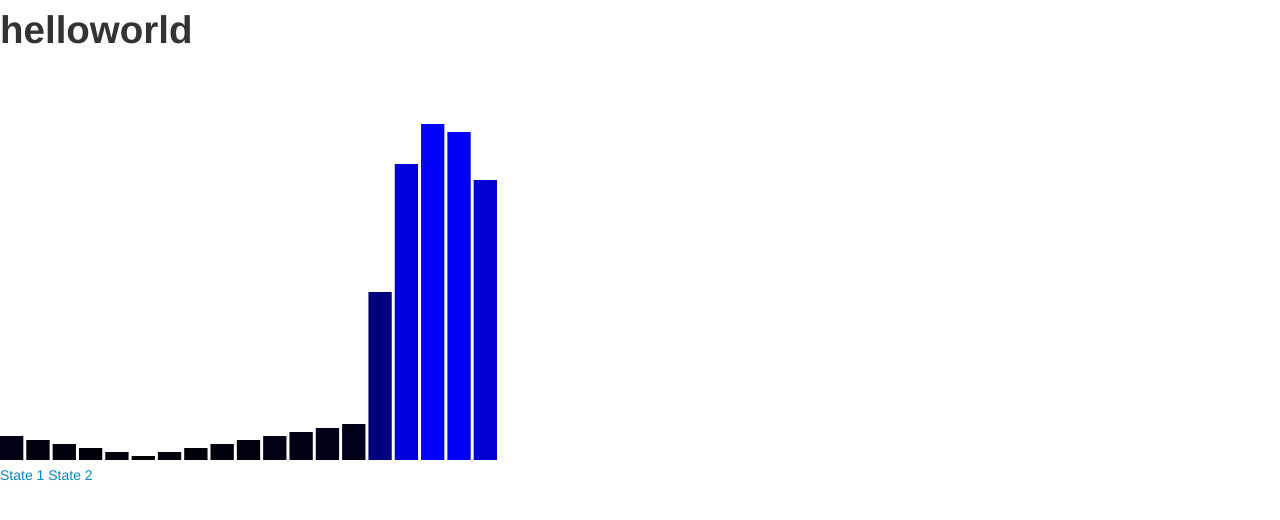
Repository: dingziran/dota2data
Page: client/index.html
The author's editor kept a record of every edit. The page is drawn from the files as they stood at one moment, then again after the next edit.
The browser window is 1280 px wide. The pictures show the whole page.

Above is the page before.

After the next edit:
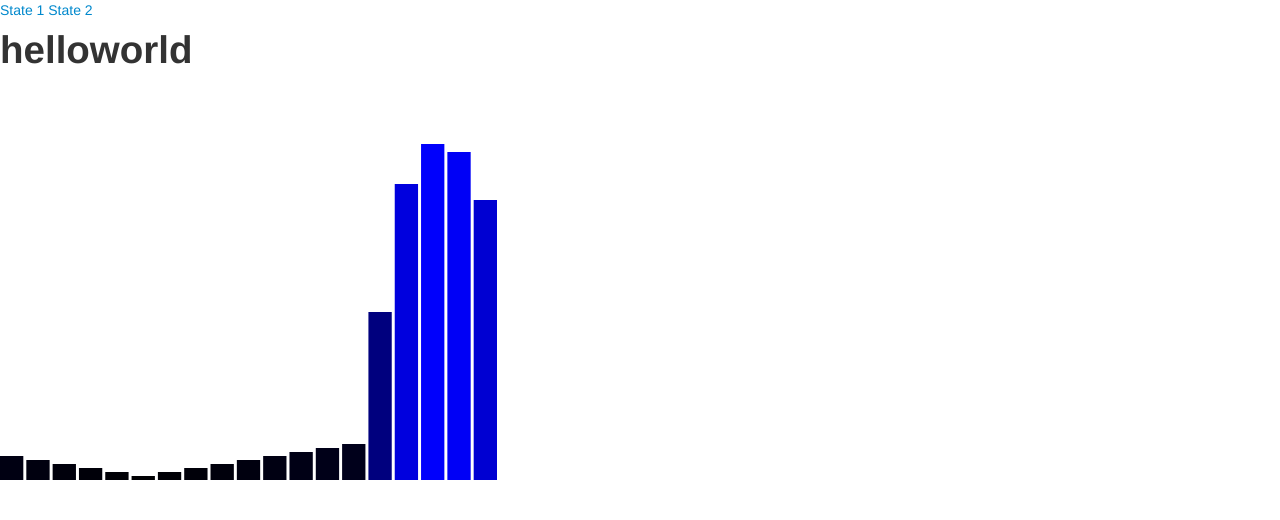
The edit:
--- a/client/index.html
+++ b/client/index.html
@@ -8,9 +8,9 @@
 
   </head>
 <body>
-  <div ui-view></div>
   <a ui-sref="state1">State 1</a>
   <a ui-sref="state2">State 2</a>
+  <div ui-view></div>
 
 
   <script src="/js/jquery.min.js"></script>
